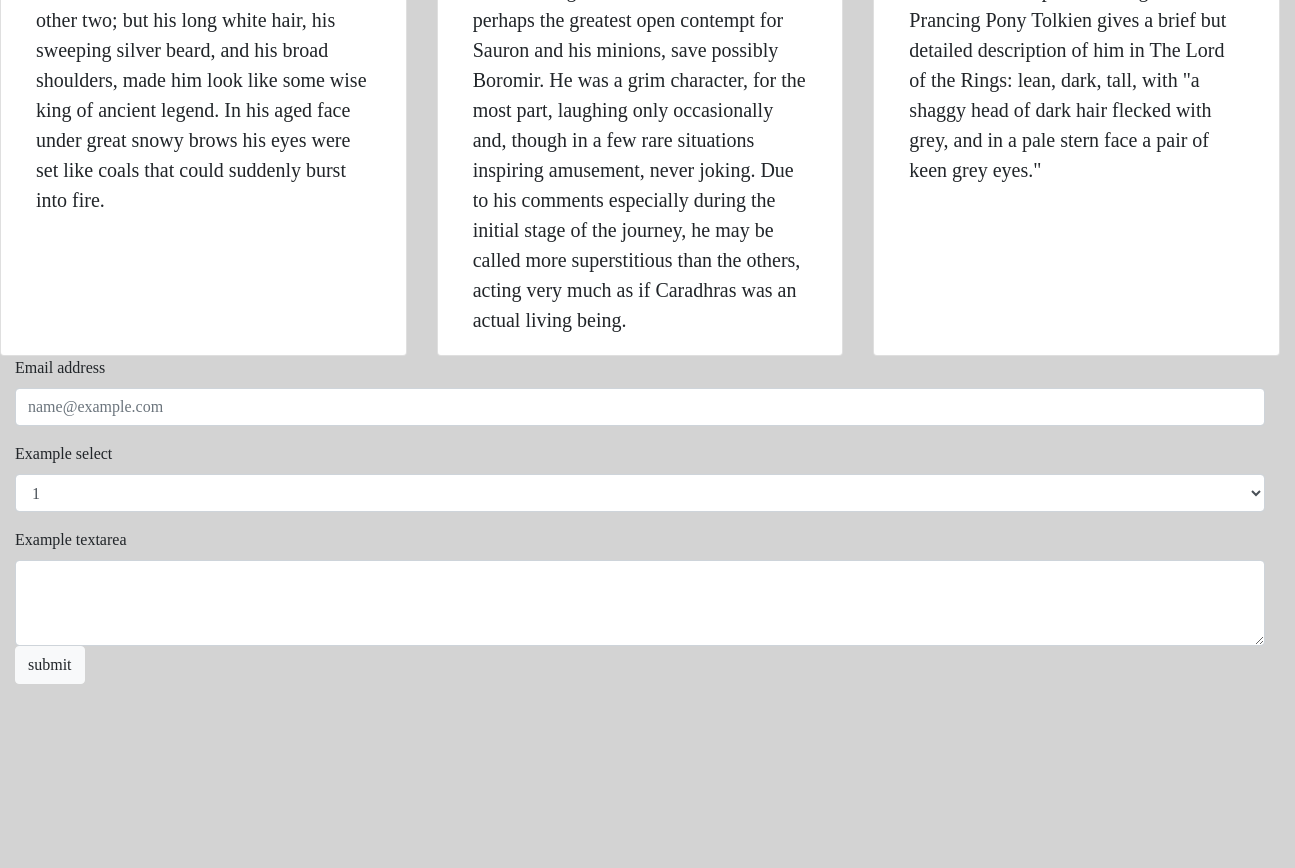
Repository: Khaleddwm/FindThePrecious
Page: index.html
These files come from the project's save history. The page is drawn as it stood at one moment and after the next save; the edit follows.
The browser window is 1280 px wide. The page is 1295 px wide, so the pictures cover 1295 px, including what lies to the right of the window. The pictures show the part of the page from y = 1504 to 2428 px (the page is 2372 px tall before and 2428 px after).
Some web fonts or font styles are not loaded; a fallback is used.

Above is the page before, as saved 2020-05-24 15:48:56.

### index.html
<!DOCTYPE html>
<html lang="en">
<head>
    <meta charset="UTF-8">
    <meta name="viewport" content="width=device-width, initial-scale=1.0">
    <title>FindThePrecious</title>
    <link href="https://fonts.googleapis.com/css2?family=Bad+Script&display=swap" rel="stylesheet">
    <!-- CSS only -->
    <link rel="stylesheet" href="https://stackpath.bootstrapcdn.com/bootstrap/4.5.0/css/bootstrap.min.css" integrity="sha384-9aIt2nRpC12Uk9gS9baDl411NQApFmC26EwAOH8WgZl5MYYxFfc+NcPb1dKGj7Sk" crossorigin="anonymous">
    <link rel="stylesheet" href="style.css">
    <!-- JS, Popper.js, and jQuery -->
    <script src="https://code.jquery.com/jquery-3.5.1.slim.min.js" integrity="sha384-DfXdz2htPH0lsSSs5nCTpuj/zy4C+OGpamoFVy38MVBnE+IbbVYUew+OrCXaRkfj" crossorigin="anonymous"></script>
    <script src="https://cdn.jsdelivr.net/npm/popper.js@1.16.0/dist/umd/popper.min.js" integrity="sha384-Q6E9RHvbIyZFJoft+2mJbHaEWldlvI9IOYy5n3zV9zzTtmI3UksdQRVvoxMfooAo" crossorigin="anonymous"></script>
    <script src="https://stackpath.bootstrapcdn.com/bootstrap/4.5.0/js/bootstrap.min.js" integrity="sha384-OgVRvuATP1z7JjHLkuOU7Xw704+h835Lr+6QL9UvYjZE3Ipu6Tp75j7Bh/kR0JKI" crossorigin="anonymous"></script>
</head>
<body>
    <nav class="navbar navbar-expand-sm navbar-dark bg-dark">
        <a href"index.html" class="titleNav navbar-brand">FindThePrecious.com</a>
        <button class="navbar-toggler" data-toggle="collapse" data-target="#navbarMenu">
            <span class="navbar-toggler-icon"></span>
        </button>
        <div class="collapse navbar-collapse" id="navbarMenu">
            <ul class="navbar-nav">
                <li class="nav-item">
                    <a href="#" class="nav-link">Fellows</a>
                </li>
                <li>
                    <a href="#" class="nav-link">Contact us</a>
                </li>
            </ul>
        </div>
    </nav>
    <div id="carouselControls" class="carousel slide" data-ride="carousel">
        <div class="carousel-inner">
            <div class="carousel-caption d-none d-block">
                <h1>Dangerous fellowship try to destroy the ring</h1>
                <p>Orcs, Goblins, Balrogs, protect your master Sauron !</p>
            </div>
            <div class="carousel-item active">
                <img class="d-block w-100" src="https://img.phonandroid.com/2018/04/seigneur-des-anneaux.jpg" alt="First slide">
            </div>
            <div class="carousel-item">
                <img class="d-block w-100" src="https://www.journaldugeek.com/content/uploads/2019/07/lord-of-the-rings-gollum-new-lotr-stealth-game-coming-2021-from-daedalic-entertainment-767717.jpg" alt="Second slide">
            </div>
            <div class="carousel-item">
                <img class="d-block w-100" src="https://static.fnac-static.com/multimedia/Images/FD/Comete/123445/CCP_IMG_ORIGINAL/1608701.jpg" alt="Third slide">
            </div>
        </div>
        <a class="carousel-control-prev" href="#carouselControls" role="button" data-slide="prev">
            <span class="carousel-control-prev-icon" aria-hidden="true"></span>
            <span class="sr-only">Previous</span>
        </a>
        <a class="carousel-control-next" href="#carouselControls" role="button" data-slide="next">
            <span class="carousel-control-next-icon" aria-hidden="true"></span>
            <span class="sr-only">Next</span>
        </a>
    </div>
    <div class="wanted">
        <div class="wanted-title">
            <h1>Fellows wanted dead (or alive if you want to eat them later)</h1>
        </div>
        <div class="card-deck">
            <div class="card col-xs-12 col-md-4">
                <img src="https://kr4v3n.github.io/Sauron/img/gandalf.png" class="card-img-top" alt="Gandalf">
                <div class="living card-img-overlay">
                    <h2>Reward 1000 gold coins</h2>
                </div>
                <div class="card-body">
                    <h2 class="card-title">Gandalf</h2>
                    <p class="card-text">
                        Gandalf was shorter in stature than the other two; but his long white hair,
                        his sweeping silver beard, and his broad shoulders, made him look like some wise king of ancient legend.
                        In his aged face under great snowy brows his eyes were set like coals that could suddenly burst into fire.
                    </p>
                </div>
            </div>
            <div class="card col-xs-12 col-md-4">
                <img src="https://kr4v3n.github.io/Sauron/img/gimli.png" class="card-img-top" alt="Gimli">
                <div class="dead card-img-overlay">
                    <h2>DEAD</h2>
                </div>
                <div class="card-body">
                    <h2 class="card-title">Gimli</h2>
                    <p class="card-text">
                        Gimli throughout the War showed perhaps the greatest open contempt for Sauron and his minions, save possibly Boromir.
                        He was a grim character, for the most part, laughing only occasionally and, though in a few rare situations inspiring amusement,
                        never joking. Due to his comments especially during the initial stage of the journey, he may be called more superstitious than the others,
                        acting very much as if Caradhras was an actual living being.
                    </p>
                </div>
            </div>
            <div class="card col-xs-12 col-md-4">
                <img src="https://kr4v3n.github.io/Sauron/img/aragorn.png" class="card-img-top" alt="Aragorn">
                <div class="living card-img-overlay">
                    <h2>Reward 250 gold coins</h2>
                </div>
                <div class="card-body">
                    <h2 class="card-title">Aragorn</h2>
                    <p class="card-text">
                        An artist's conception of Aragorn at The Prancing Pony Tolkien gives
                        a brief but detailed description of him in The Lord of the Rings: lean, dark, tall, with
                        "a shaggy head of dark hair flecked with grey, and in a pale stern face a pair of keen grey eyes."
                    </p>
                </div>
            </div>
        </div>
    </div>
    <form class="container-fluid">
        <div class="form-group">
            <label for="exampleFormControlInput1">Email address</label>
            <input type="email" class="form-control" id="exampleFormControlInput1" placeholder="name@example.com">
        </div>
        <div class="form-group">
            <label for="exampleFormControlSelect1">Example select</label>
            <select class="form-control" id="exampleFormControlSelect1">
                <option>1</option>
                <option>2</option>
                <option>3</option>
                <option>4</option>
                <option>5</option>
            </select>
        </div>
        <div class="form">
            <label for="exampleFormControlTextarea">Example textarea</label>
            <textarea class="form-control" id="exampleFormControlTextarea1" rows="3"></textarea>
          </div>
          <div class="form-group">
            <input type="submit" class="btn btn-light" id="submit" value="submit">
        </div>
        </form>
</body>
</html>

### style.css
body {
    font-family: 'Bad Script', cursive;
    background-color: lightgrey;
}

#navbarMenu, .titleNav {
    font-size: 30px;
}

.navbar {
    overflow: hidden;
    position: fixed; /* Set the navbar to fixed position */
    top: 0; /* Position the navbar at the top of the page */
    width: 100%; /* Full width */
    z-index: 1000;
}

/* Change background on mouse-over */
#navbarMenu a:hover {
    background: lightgray;
    color: black;
}

#carouselControls {
    padding-top: 60px;
}

p {
    font-size: 20px;
}

img {
    width: auto;
    height: 600px;
}

.wanted-title {
    text-align: center;
    margin: 50px;
}
/* hover for living */
.living h2 {
    background-color: lightgray;
}

.living {
    opacity: 0;
}

.living:hover {
    opacity: 1;
    text-align: center;
}

/* hover for dead */
.dead {
    opacity: 0;
}

.dead:hover {
    opacity: 1;
    text-align: center;
    background-color: lightgray;
}

After the next save:
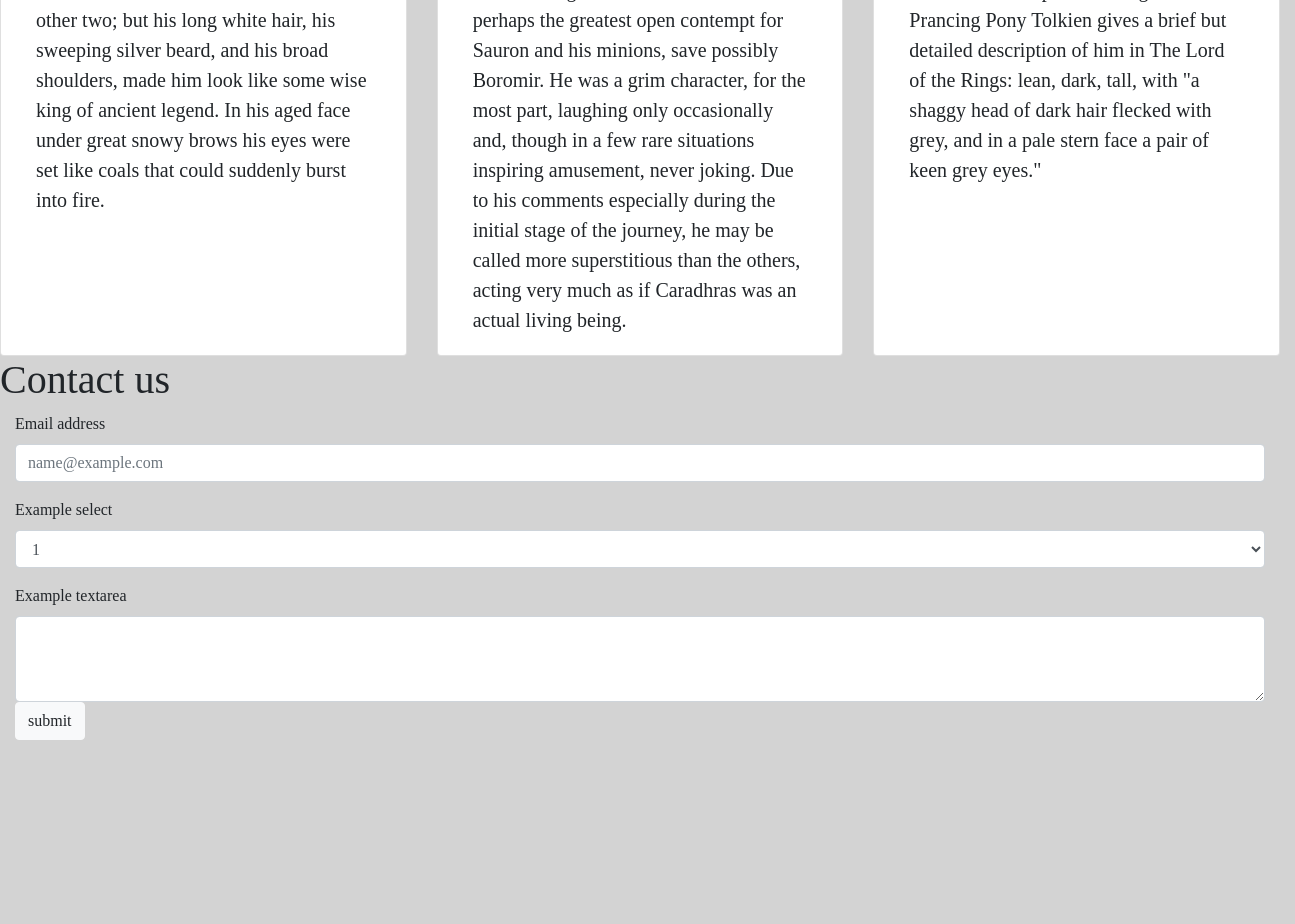
Saved 55 s later.
--- a/index.html
+++ b/index.html
@@ -105,28 +105,31 @@
             </div>
         </div>
     </div>
-    <form class="container-fluid">
-        <div class="form-group">
-            <label for="exampleFormControlInput1">Email address</label>
-            <input type="email" class="form-control" id="exampleFormControlInput1" placeholder="name@example.com">
+    <div>
+        <h1>Contact us</h1>
+        <form class="container-fluid">
+            <div class="form-group">
+                <label for="exampleFormControlInput1">Email address</label>
+                <input type="email" class="form-control" id="exampleFormControlInput1" placeholder="name@example.com">
+            </div>
+            <div class="form-group">
+                <label for="exampleFormControlSelect1">Example select</label>
+                <select class="form-control" id="exampleFormControlSelect1">
+                    <option>1</option>
+                    <option>2</option>
+                    <option>3</option>
+                    <option>4</option>
+                    <option>5</option>
+                </select>
+            </div>
+            <div class="form">
+                <label for="exampleFormControlTextarea">Example textarea</label>
+                <textarea class="form-control" id="exampleFormControlTextarea1" rows="3"></textarea>
+            </div>
+            <div class="form-group">
+                <input type="submit" class="btn btn-light" id="submit" value="submit">
+            </div>
+            </form>
         </div>
-        <div class="form-group">
-            <label for="exampleFormControlSelect1">Example select</label>
-            <select class="form-control" id="exampleFormControlSelect1">
-                <option>1</option>
-                <option>2</option>
-                <option>3</option>
-                <option>4</option>
-                <option>5</option>
-            </select>
-        </div>
-        <div class="form">
-            <label for="exampleFormControlTextarea">Example textarea</label>
-            <textarea class="form-control" id="exampleFormControlTextarea1" rows="3"></textarea>
-          </div>
-          <div class="form-group">
-            <input type="submit" class="btn btn-light" id="submit" value="submit">
-        </div>
-        </form>
 </body>
 </html>
